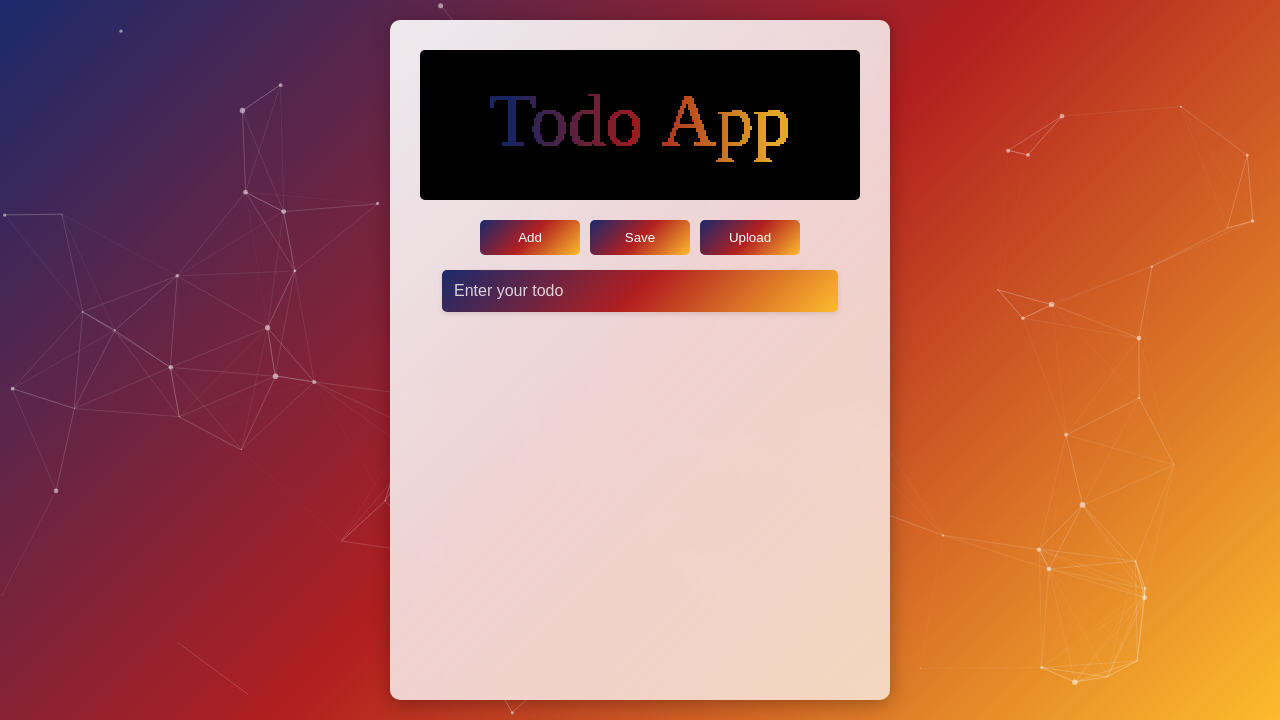
Repository: Teycir/todo-app
Page: index.html
An editor plug-in stored every save of this project. The page is shown before and after the next save, followed by the edit.
The browser window is 1280 px wide. The pictures show the whole page.

Above is the page before, as saved 2024-11-07 19:11:54.

After the next save:
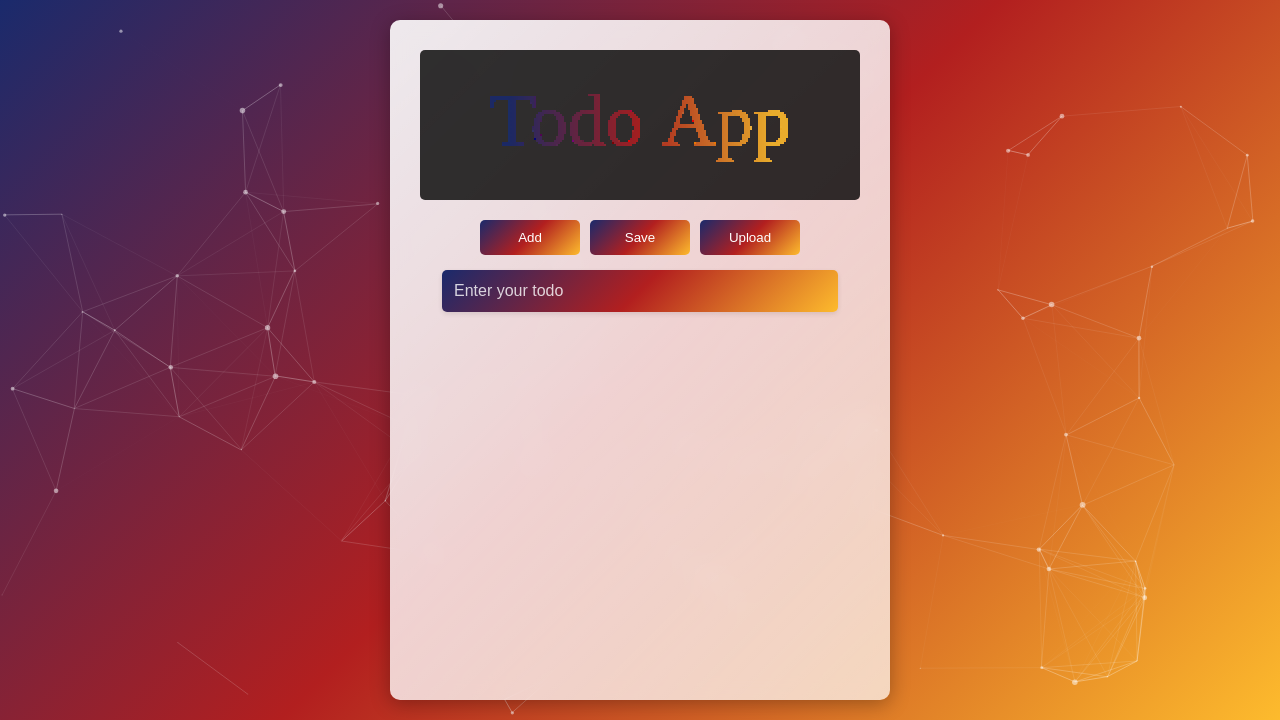
Saved 73 s later.
--- a/style.css
+++ b/style.css
@@ -44,7 +44,7 @@ body {
     height: 150px;
     position: relative;
     margin-bottom: 20px;
-    background: black;
+    background: rgba(0, 0, 0, 0.8);
     border-radius: 5px;
     overflow: hidden;
 }
@@ -55,6 +55,7 @@ body {
     position: absolute;
     top: 0;
     left: 0;
+    cursor: pointer;
 }
 
 .input-section {
